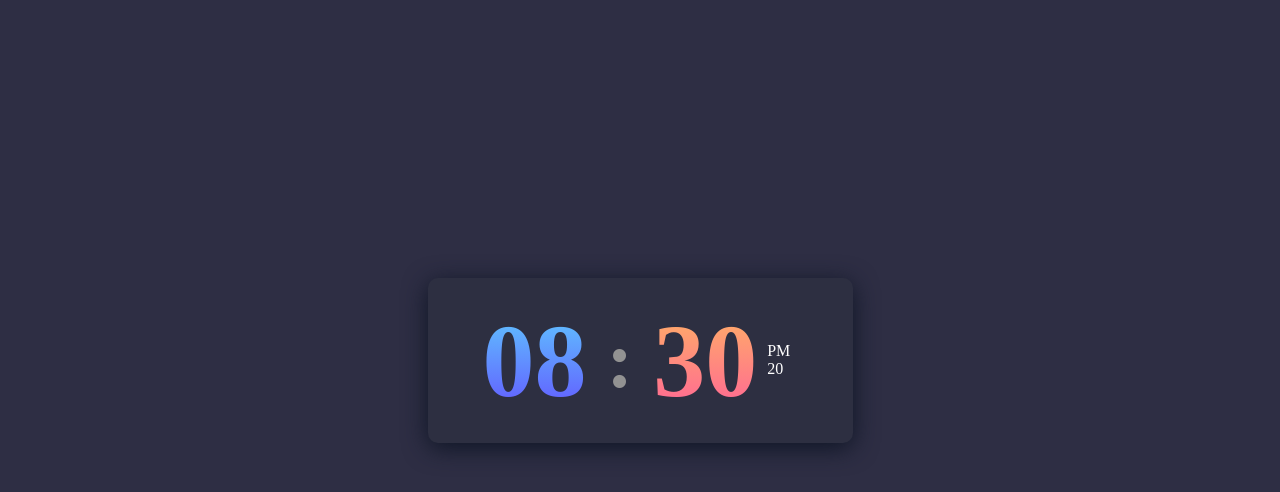
Repository: QUANGTHAI2003/digital-clock
Page: index.html
These files come from the project's save history. The page is drawn as it stood at one moment and after the next save; the edit follows.
The browser window is 1280 px wide. The pictures show the whole page.

Above is the page before, as saved 2022-03-26 19:59:26.

### index.html
<!DOCTYPE html>
<html lang="en">
    <head>
        <meta charset="UTF-8" />
        <meta http-equiv="X-UA-Compatible" content="IE=edge" />
        <meta name="viewport" content="width=device-width, initial-scale=1.0" />
        <title>Digital-Clock</title>
        <link rel="stylesheet" href="style.css" />
        <link rel="stylesheet" href="https://unicons.iconscout.com/release/v4.0.0/css/line.css" />
    </head>
    <body>
        <div class="digital-clock">
            <div class="time">
                <span class="hour">08</span>
                <span class="dots">:</span>
                <span class="minutes">30</span>
                <div class="right-side">
                    <span class="period">PM</span>
                    <span class="seconds">20</span>
                </div>
            </div>
        </div>
    </body>
</html>

### style.css
@import url('https://fonts.googleapis.com/css2?family=Poppins:ital,wght@0,100;0,200;0,300;0,400;0,500;0,600;0,700;0,800;0,900;1,100;1,200;1,300;1,400;1,500;1,600;1,700;1,800;1,900&display=swap');

* {
    margin: 0;
    padding: 0;
    box-sizing: border-box;
    font-family: 'Poppins'sans-serif;
}

body {
    min-height: 100vh;
    display: flex;
    justify-content: center;
    align-items: center;
    background: #2e2e44;
}

.digital-clock {
    position: relative;
    color: #fff;
    background: #2d2f41;
    width: 425px;
    padding: 20px 45px;
    box-shadow: 0 5px 25px rgba(14, 21, 37, 08);
    border-radius: 10px;
    display: flex;
    justify-content: center;
    align-items: center;
}

.time {
    position: relative;
    display: flex;
    justify-content: center;
    align-items: center;
}

.hour,
.dots,
.minutes {
    display: flex;
    justify-content: center;
    align-items: center;
    font-weight: 600;
    padding: 0 10px;
    line-height: 125px;
}

.hour,
.minutes {
    font-size: 6.5em;
    width: 125px;
}

.dots {
    font-size: 5em;
    color: #929292;
}

.hour {
    background: -webkit-linear-gradient(90deg, #634dff, #5fd4ff);
    -webkit-text-fill-color: transparent;
    -webkit-background-clip: text;
}

.minutes {
    background: -webkit-linear-gradient(90deg, #ff5e9a, #ffb960);
    -webkit-text-fill-color: transparent;
    -webkit-background-clip: text;
}

After the next save:
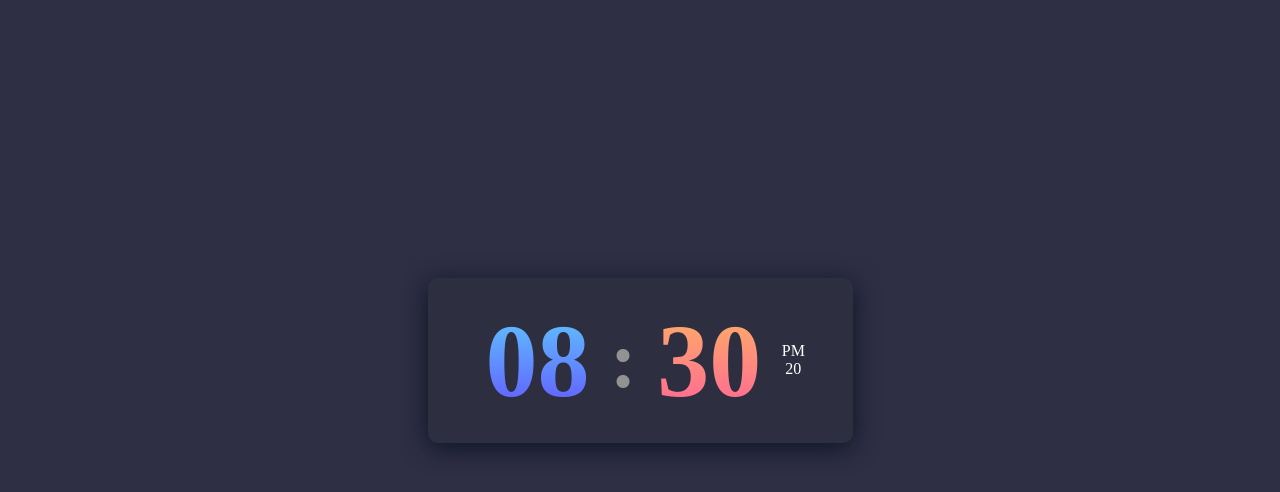
Saved 54 s later.
--- a/style.css
+++ b/style.css
@@ -68,3 +68,12 @@ body {
     -webkit-text-fill-color: transparent;
     -webkit-background-clip: text;
 }
+
+.right-side {
+    position: relative;
+    display: flex;
+    justify-content: center;
+    align-items: center;
+    flex-direction: column;
+    margin-left: 10px;
+}
